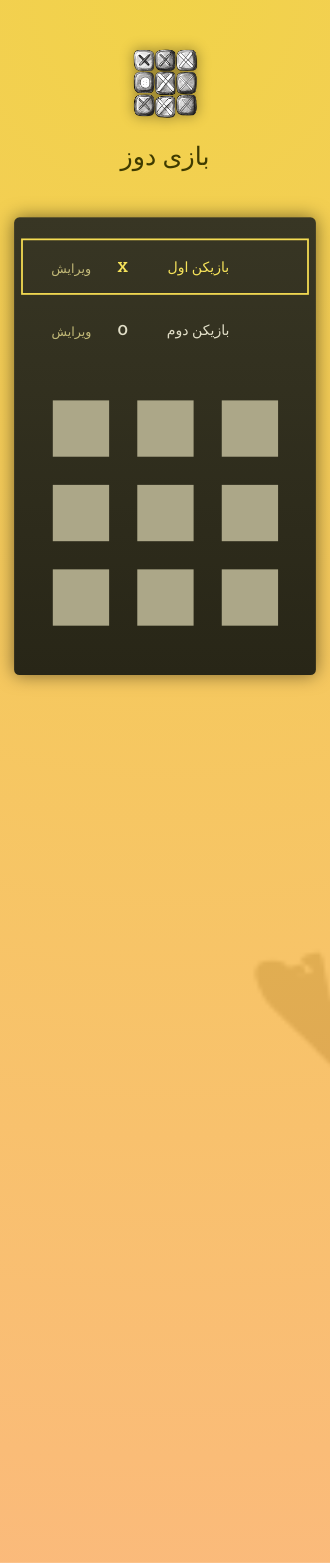
Repository: H-ala/react-tic-toc-toe
Page: /
These files come from the project's save history. The page is drawn as it stood at one moment and after the next save; the edit follows.
The browser window is 375 px wide. The pictures show the whole page, at 88% of full size.
Some web fonts or font styles are not loaded; a fallback is used. The project was rebuilt for these pictures with package versions that can differ from the ones it lists, and the page was loaded fresh each time. Also part of the build but not shown: vite.config.js, src/components/GameOver.jsx.

Above is the page before, as saved 2025-10-21 18:41:24.

After the next save:
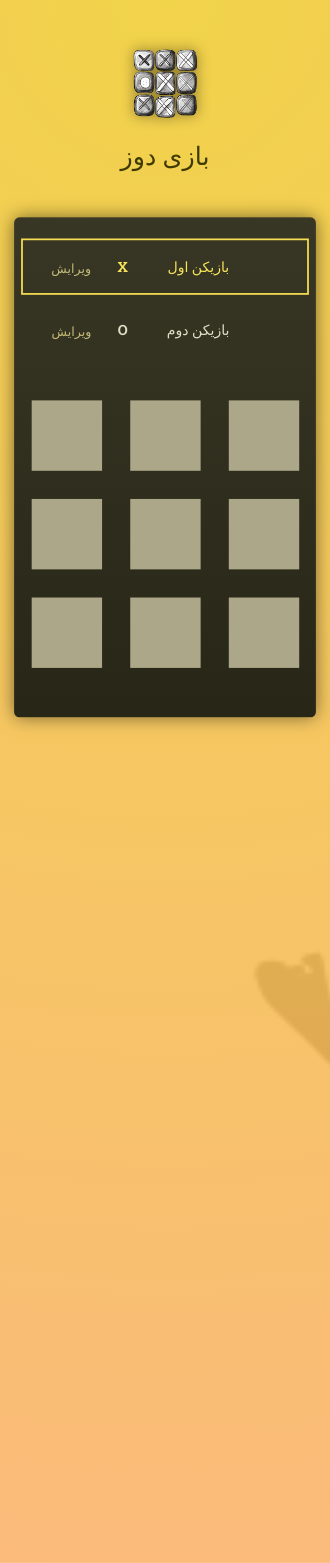
Saved 44 s later.
--- a/src/index.css
+++ b/src/index.css
@@ -412,8 +412,8 @@
   }
 
   #game-board button {
-    width: 4rem;
-    height: 4rem;
+    width: 5rem;
+    height: 5rem;
     font-size: 2rem;
   }
 

After the save that followed:
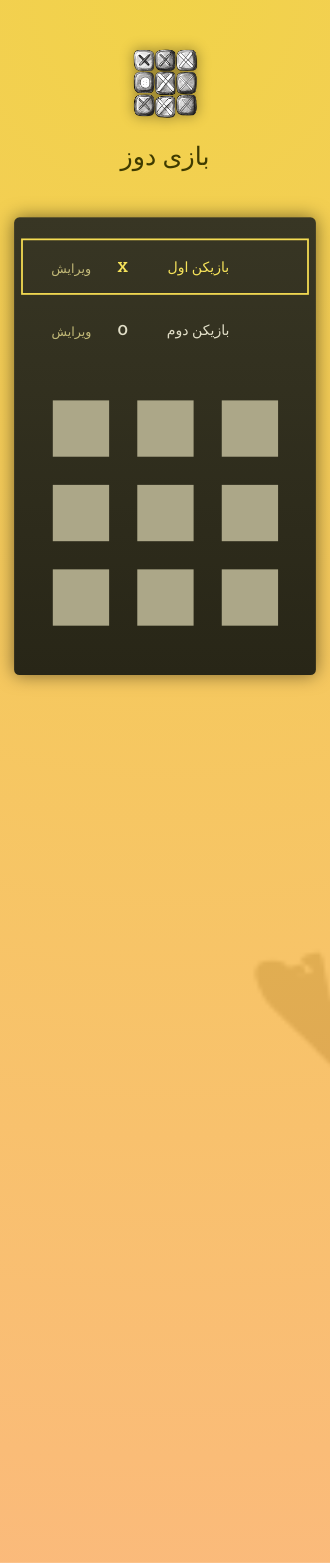
Saved 11 s later.
--- a/src/index.css
+++ b/src/index.css
@@ -412,8 +412,8 @@
   }
 
   #game-board button {
-    width: 5rem;
-    height: 5rem;
+    width: 4rem;
+    height: 4rem;
     font-size: 2rem;
   }
 
